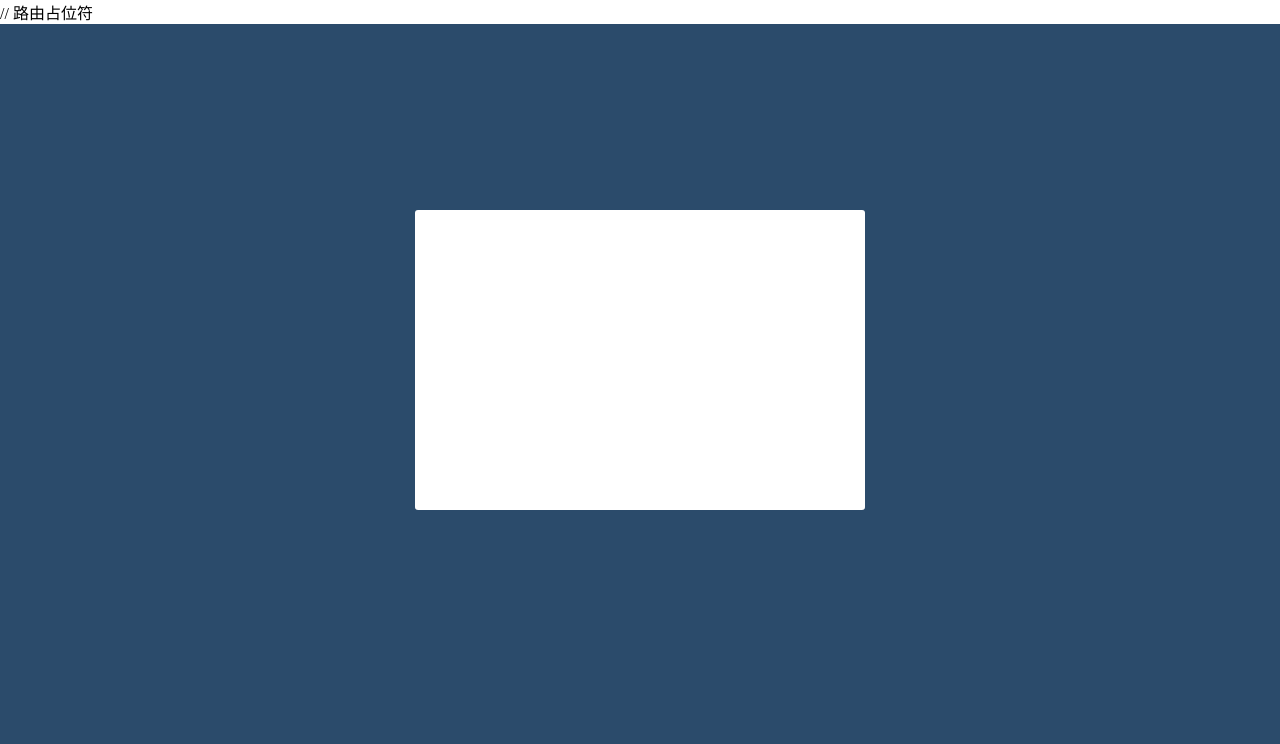
Repository: Japcy/onetwothree
Page: /
These files come from the project's save history. The page is drawn as it stood at one moment and after the next save; the edit follows.
The browser window is 1280 px wide. The pictures show the whole page.
The project was rebuilt for these pictures with package versions that can differ from the ones it lists, and the page was loaded fresh each time.

Above is the page before, as saved 2020-02-28 23:33:08.

### src/main.js
import Vue from 'vue'
import App from './App.vue'
import router from './router'
import './plugins/element.js'
// 导入全局样式表
import './assets/css/global.css'

Vue.config.productionTip = false

new Vue({
  router,
  render: h => h(App)
}).$mount('#app')

### src/App.vue
<template>
  <div id="app">
    // 路由占位符
    <router-view></router-view>
  </div>
</template>

<script>

export default {
  name: 'app',
  components: {
  }
}
</script>

<style>

</style>

### src/router/index.js
import Vue from 'vue'
import VueRouter from 'vue-router'
import Login from '../components/Login.vue'

Vue.use(VueRouter)

const routes = [
  {
    path: '/',
    redirect: '/login'
  },
  {
    path: '/login',
    component: Login
  }
]

const router = new VueRouter({
  routes
})

export default router

### src/components/Login.vue
<template>
  <div class="login">
    <div class="login-box">
      <div class="avatar">
        <img src alt />
      </div>
    </div>
  </div>
</template>

<script type="text/ecmascript-6">
export default {
  name: 'login',
  data () {
    return {}
  },
  components: {},
  methods: {}
}
</script>

<style lang="less" scoped>
.login {
  background-color: #2b4b6b;
  height: 100%;
}
.login-box {
  width: 450px;
  height: 300px;
  background-color: #fff;
  border-radius: 3px;
  position: absolute;
  left: 50%;
  top: 50%;
  transform: translate(-50%, -50%);
}
</style>

Loaded but not shown: public/index.html (common file); src/plugins/element.js (common file); src/assets/css/global.css (common file)

After the next save:
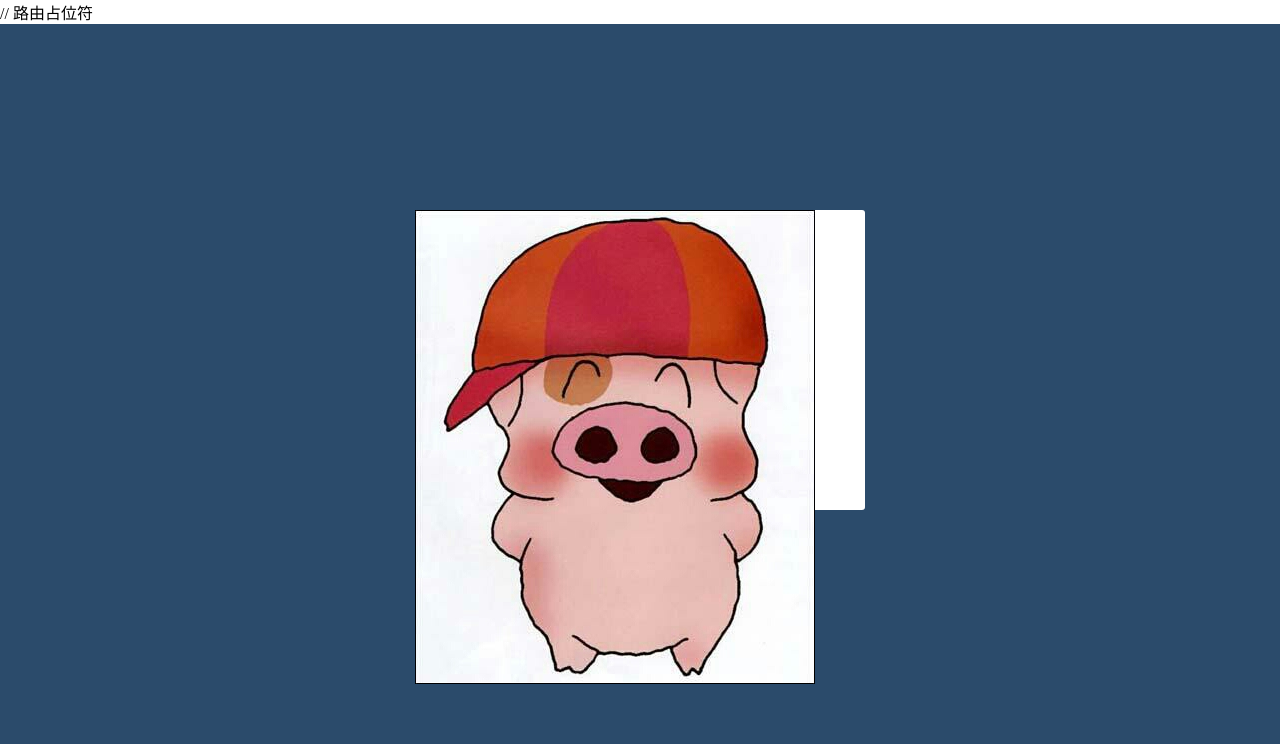
Saved 102 s later.
--- a/src/components/Login.vue
+++ b/src/components/Login.vue
@@ -2,7 +2,7 @@
   <div class="login">
     <div class="login-box">
       <div class="avatar">
-        <img src alt />
+        <img src="../assets/img/logo.jpg" alt />
       </div>
     </div>
   </div>
